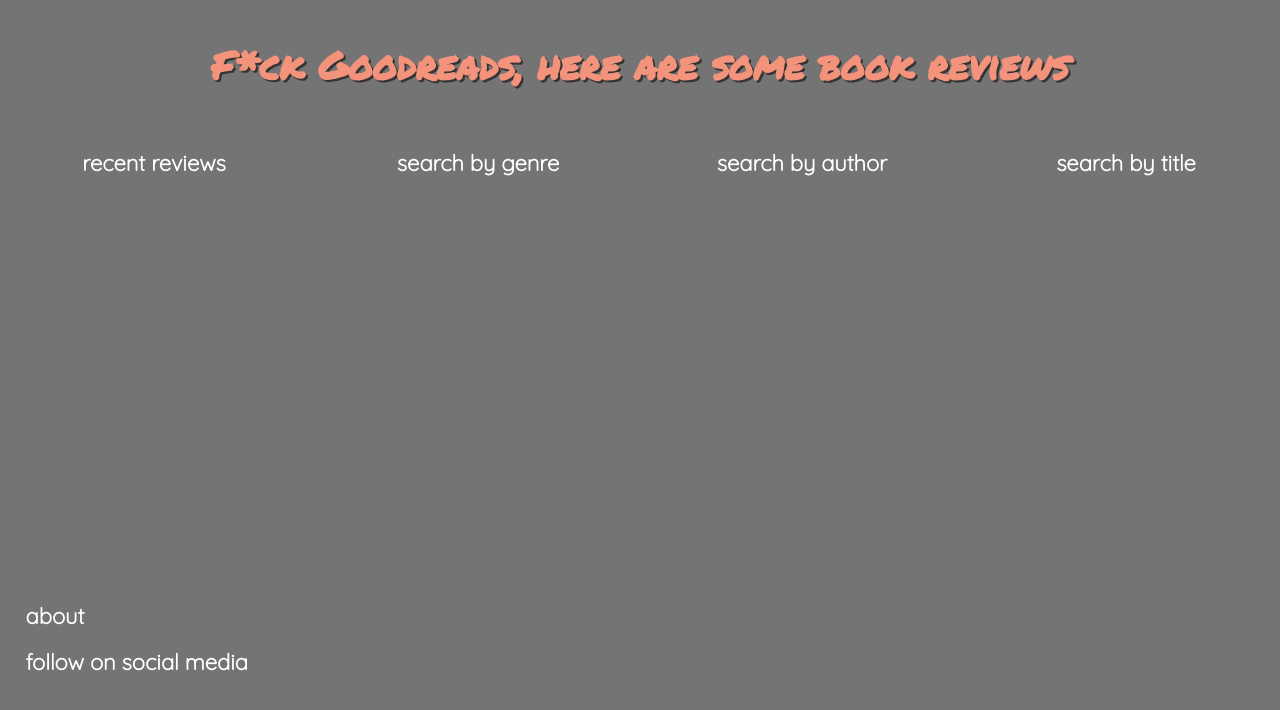
Repository: emnharris/FreeCodeCampChallenges
Page: responsive-web-design/book-reviews/books.html
An editor plug-in stored every save of this project. The page is shown before and after the next save, followed by the edit.
The browser window is 1280 px wide. The pictures show the whole page.

Above is the page before, as saved 2020-04-18 14:21:50.

After the next save:
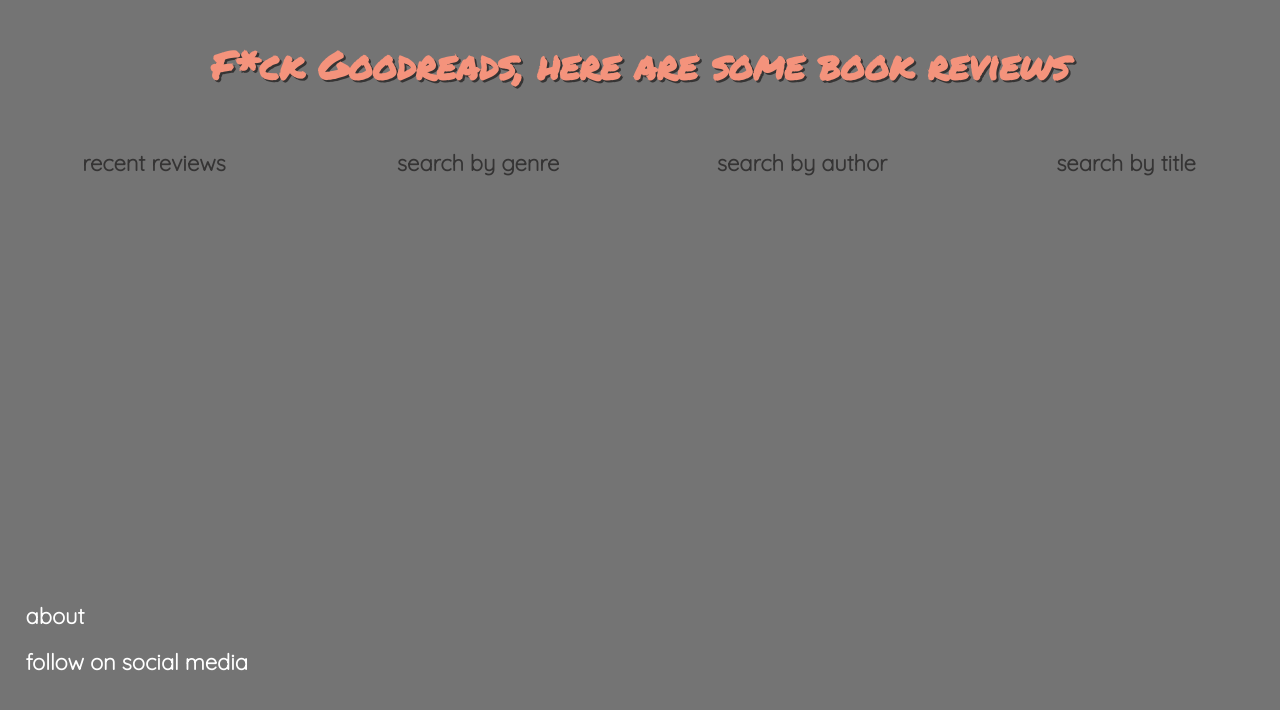
Saved 54 s later.
--- a/responsive-web-design/book-reviews/books.html
+++ b/responsive-web-design/book-reviews/books.html
@@ -13,10 +13,10 @@
                 <h1>F*ck Goodreads, here are some book reviews</h1>
             </div>
             <div class="nav">
-                <h2>recent reviews</h2>
-                <h2>search by genre</h2>
-                <h2>search by author</h2>
-                <h2>search by title</h2>
+                <h2><a href="">recent reviews</a></h2>
+                <h2><a href="">search by genre</a></h2>
+                <h2><a href="">search by author</a></h2>
+                <h2><a href="">search by title</a></h2>
             </div>
         </header>
 
